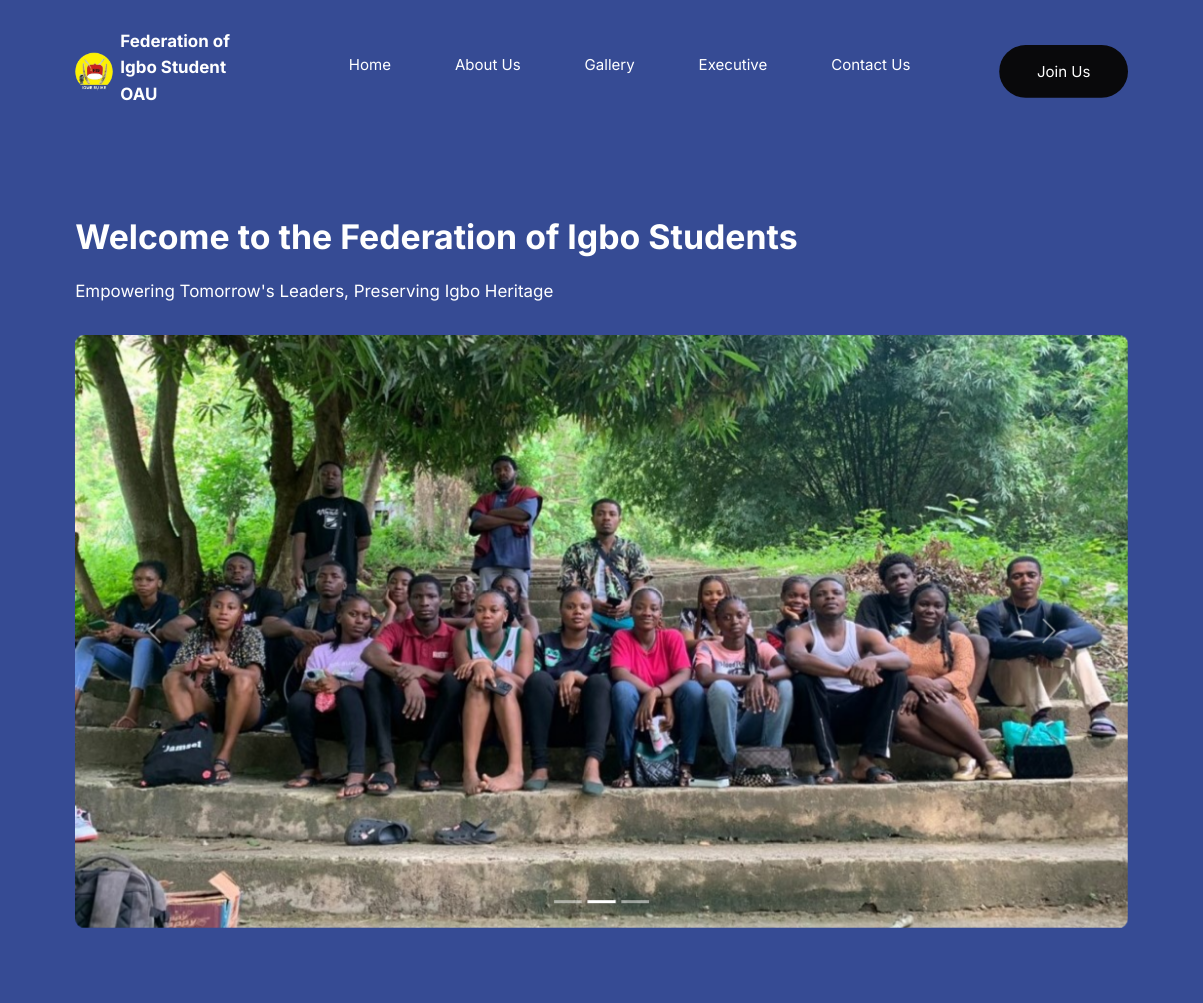
Repository: akinolapo/fis
Page: /
The author's editor kept a copy of each file at every save. The page is drawn from the files as they stood at one save, then again after the next save.
The browser window is 1280 px wide. The pictures show the whole page, at 94% of full size.
The project was rebuilt for these pictures with package versions that can differ from the ones it lists, and the page was loaded fresh each time. The framework's server and built-in components were replaced by stand-ins that run in the browser. Also part of the build but not shown: next.config.mjs.

Above is the page before, as saved 2024-05-05 15:33:13.

### app/layout.tsx
import type { Metadata } from "next";
import { Inter } from "next/font/google";
import "./globals.css";
import Header from "./components/Header/Header";



const inter = Inter({ subsets: ["latin"] });

export const metadata: Metadata = {
  title: "Federation of Igbo Student OAU",
  description: "Federation of Igbo Student OAU",
};

export default function RootLayout({
  children,
}: Readonly<{
  children: React.ReactNode;
}>) {
  return (
    <html lang="en">
      <body className={inter.className}>
        <Header/>
        {children}
        </body>
    </html>
  );
}

### app/page.tsx
import Hero from "./components/Hero/Hero";

export default function Home() {
  return (
    <main>
      <Hero/>
    </main>
  );
}

### app/globals.css
@tailwind base;
@tailwind components;
@tailwind utilities;z

*{
  margin: 0;
  padding: 0;
}

body {
  background: #364B94 !important;
  color: #ffffff;
  padding: 0 80px;
}

@layer utilities {
  .text-balance {
    text-wrap: balance;
  }
}

### app/components/Header/Header.tsx

const Header = () => {
  return (
    <header className="flex justify-between items-center py-4 text-white">
      {/* Logo and Site Title */}
      <div className="flex items-center">
        <img src="/logo.png" alt="Logo" className="w-10 h-10 mr-2" />
        <h1 className="text-lg font-bold">Federation of <br></br>Igbo Student<br></br> OAU</h1>
      </div>

      {/* Menu */}
      <nav className="flex justify-center flex-grow">
        <ul className="flex gap-1">
          <li className="cursor-pointer hover:text-gray-400 p-8">Home</li>
          <li className="cursor-pointer hover:text-gray-400 p-8">About Us</li>
          <li className="cursor-pointer hover:text-gray-400 p-8">Gallery</li>
          <li className="cursor-pointer hover:text-gray-400 p-8">Executive</li>
          <li className="cursor-pointer hover:text-gray-400 p-8">Contact Us</li>
        </ul>
      </nav>

      {/* Join Us Button */}
      <button className="rounded-full px-10 py-3 bg-zinc-950 hover:bg-black text-white">
        Join Us
      </button>
    </header>
  );
};

export default Header;

### app/components/Hero/Hero.tsx
import Image from "next/image";
import Slider from "../Slider/Slider";

const Hero = () => {
  return (
    <div className="text-white py-20">
      <h2 className="text-4xl font-bold mb-4">
        Welcome to the Federation of Igbo Students
      </h2>
      <p className="text-lg mb-8">
        Empowering Tomorrow's Leaders, Preserving Igbo Heritage
      </p>
      <Slider/>
    </div>
  );
};

export default Hero;

### app/components/Slider/Slider.tsx
'use client'
import { Carousel } from 'react-bootstrap'
import Image from 'next/image'

import './slider.css'
import './bootstrap.min.css';

const Slider = () => {
  return (
    <section className="slider-head">
      <Carousel className="slider" pause={false} interval={4000}>
        <Carousel.Item className="sliderWrapper">
          <div className="slideImg">
            <Image
              src="/images/hero.jpeg"
              alt="promotion"
              width={720}
              height={480}
              className="imageOverlay"
            />
          </div>
        </Carousel.Item>

        <Carousel.Item className="sliderWrapper">
          <div className="slideImg">
            <Image
              src="/images/hero.jpeg"
              alt="promotion"
              width={720}
              height={480}
              className="imageOverlay"
            />
          </div>
        </Carousel.Item>

        <Carousel.Item className="sliderWrapper">
          <div className="slideImg">
            <Image
              src="/images/hero.jpeg"
              alt="promotion"
              width={720}
              height={480}
              className="imageOverlay"
            />
          </div>
        </Carousel.Item>
      </Carousel>
    </section>
  )
}

export default Slider

### app/components/Slider/slider.css
/* slider.css */

.slider {
    position: relative;
  }


  .slideImg {
    position: relative;
  }

  .imageOverlay {
    width: 100%;
    height: auto;
    border-radius: 10px;
  }

Loaded but not shown: app/components/Slider/bootstrap.min.css (library); tailwind.config.ts (common file)

After the next save:
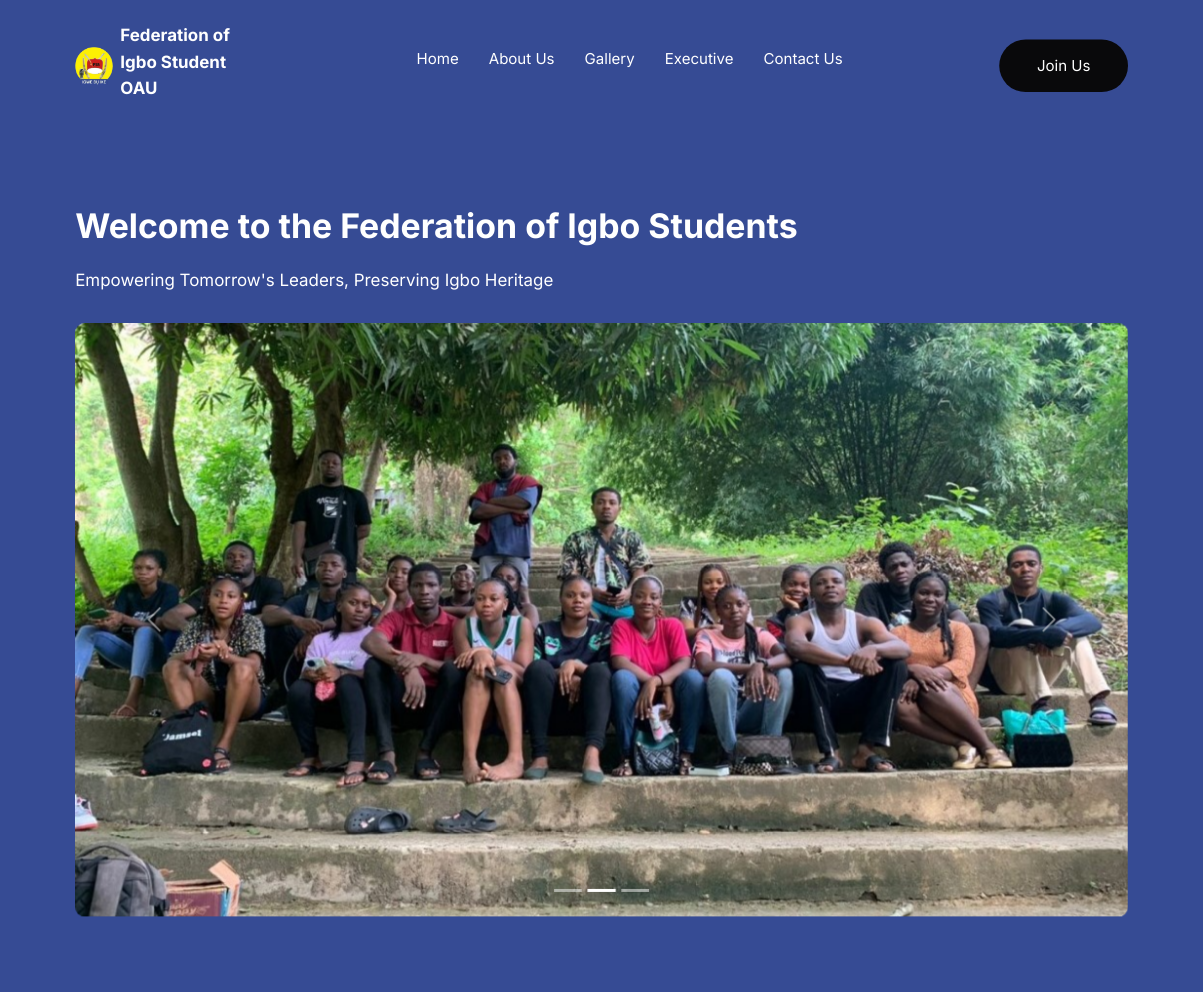
Saved 12 s later.
--- a/app/components/Header/Header.tsx
+++ b/app/components/Header/Header.tsx
@@ -10,12 +10,12 @@ const Header = () => {
 
       {/* Menu */}
       <nav className="flex justify-center flex-grow">
-        <ul className="flex gap-1">
-          <li className="cursor-pointer hover:text-gray-400 p-8">Home</li>
-          <li className="cursor-pointer hover:text-gray-400 p-8">About Us</li>
-          <li className="cursor-pointer hover:text-gray-400 p-8">Gallery</li>
-          <li className="cursor-pointer hover:text-gray-400 p-8">Executive</li>
-          <li className="cursor-pointer hover:text-gray-400 p-8">Contact Us</li>
+        <ul className="flex gap-8">
+          <li className="cursor-pointer hover:text-gray-400">Home</li>
+          <li className="cursor-pointer hover:text-gray-400">About Us</li>
+          <li className="cursor-pointer hover:text-gray-400">Gallery</li>
+          <li className="cursor-pointer hover:text-gray-400">Executive</li>
+          <li className="cursor-pointer hover:text-gray-400">Contact Us</li>
         </ul>
       </nav>
 
